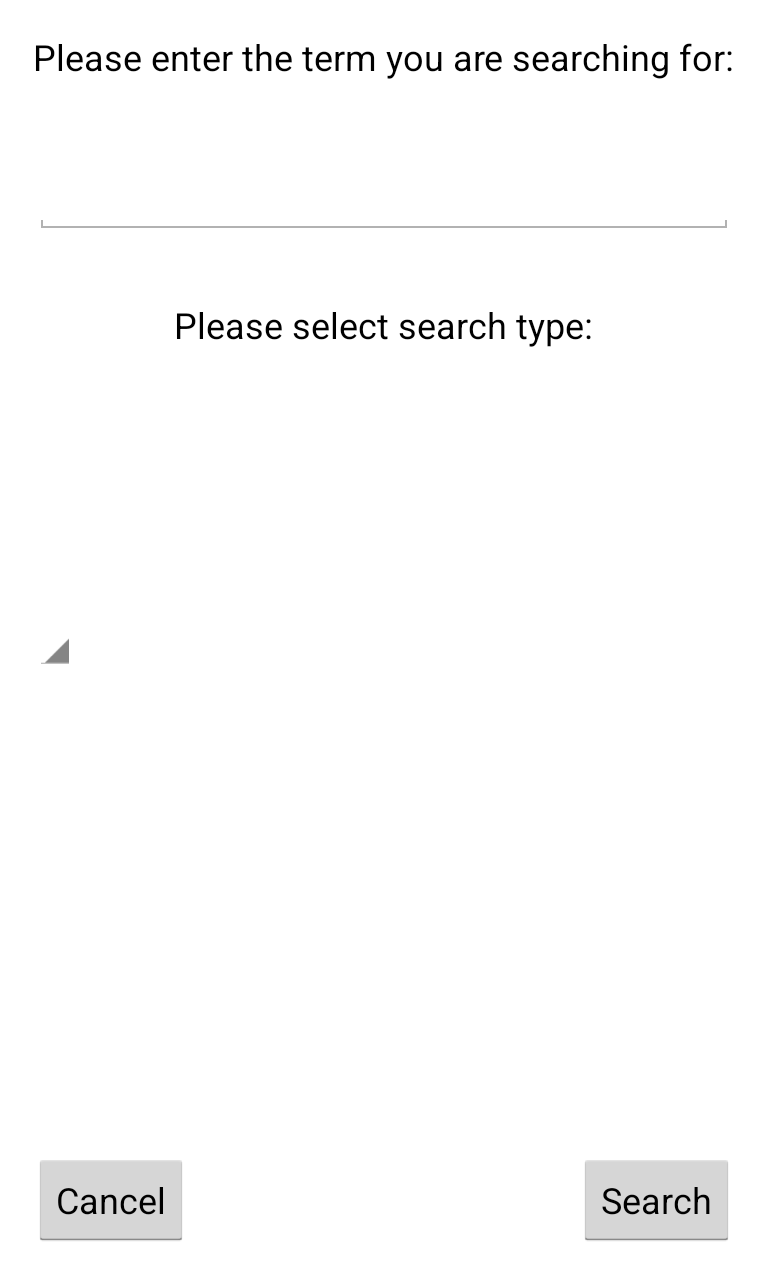
Repository: seth-skocelas/PHMS
Layout: PHMS/res/layout/activity_search.xml
The author's editor kept a copy of each file at every save. The layout is drawn from the files as they stood at one save, then again after the next save.
It is drawn on a 768 x 1280 px phone screen (xhdpi) without system bars, with theme AppTheme; the app's code is not run.

Above is the layout before, as saved 2014-04-07 04:55:55.

After the next save:
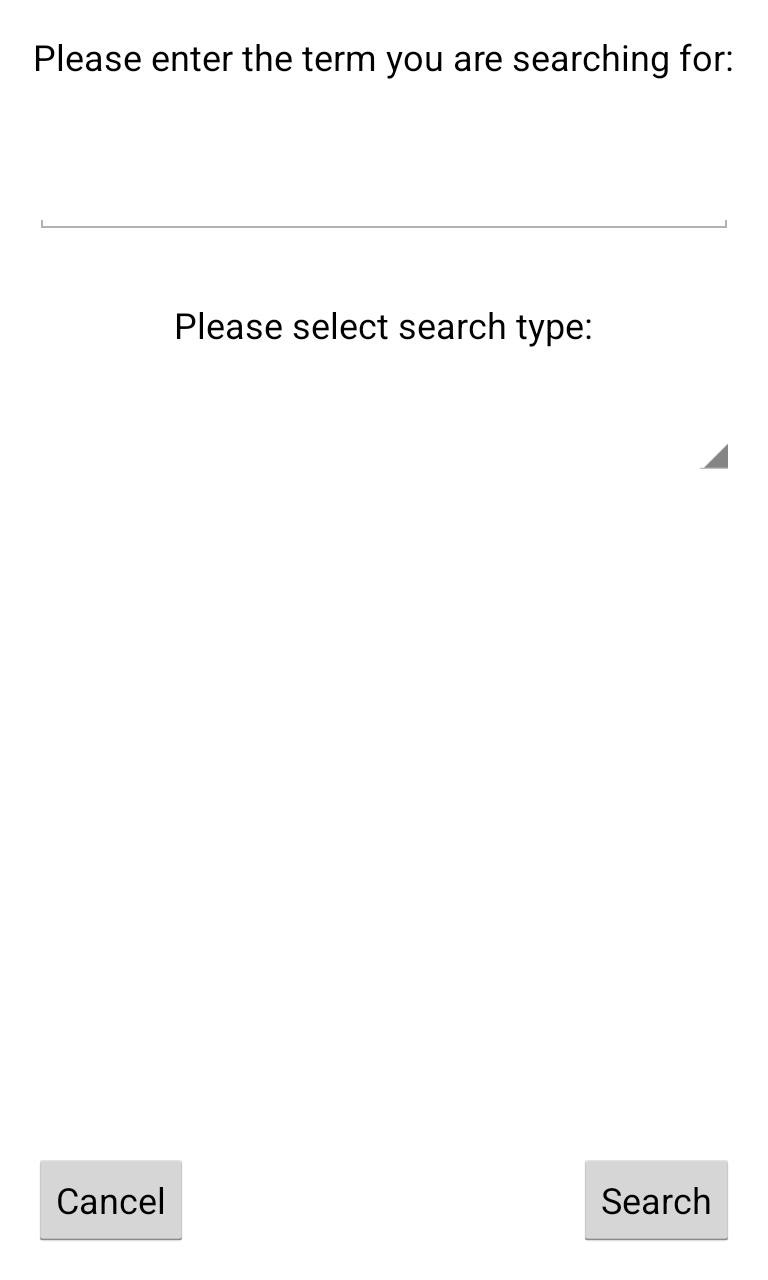
Saved 80 s later.
--- a/PHMS/res/layout/activity_search.xml
+++ b/PHMS/res/layout/activity_search.xml
@@ -57,7 +57,8 @@
         android:id="@+id/spinner1"
         android:layout_width="wrap_content"
         android:layout_height="wrap_content"
-        android:layout_alignLeft="@+id/editText1"
-        android:layout_centerVertical="true" />
+        android:layout_alignParentRight="true"
+        android:layout_below="@+id/textView2"
+        android:layout_marginTop="32dp" />
 
 </RelativeLayout>
